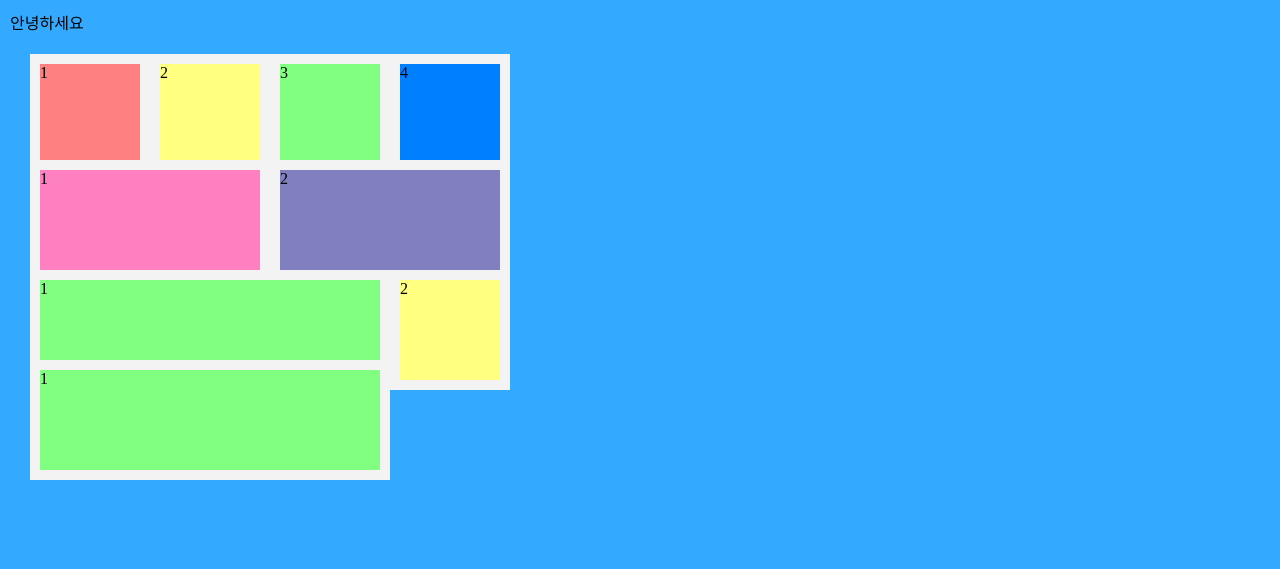
Repository: BaekJiGyeong/JSP_web
Page: http://localhost/Project0303/project1.jsp
These files come from the project's save history. The page is drawn as it stood at one moment and after the next save; the edit follows.
The browser window is 1280 px wide. The pictures show the whole page.
The page is served by Tomcat 9.

Above is the page before, as saved 2016-03-03 08:45:43.

After the next save:
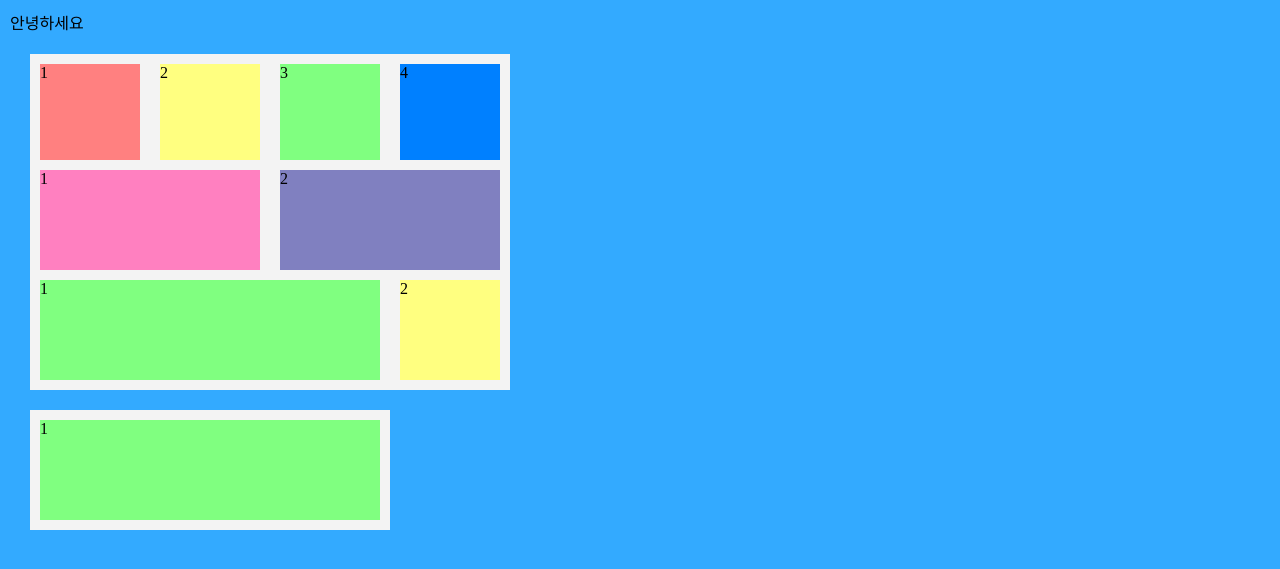
Saved 40 s later.
--- a/Project0303/WebContent/resource/css/project1.css
+++ b/Project0303/WebContent/resource/css/project1.css
@@ -74,7 +74,7 @@ div#row3col2 {
 }
 
 div#row4 {
-	 top: 350px;
+	 top: 400px;
 	 background-color: #f3f3f3;
 	 position: absolute;
 }
